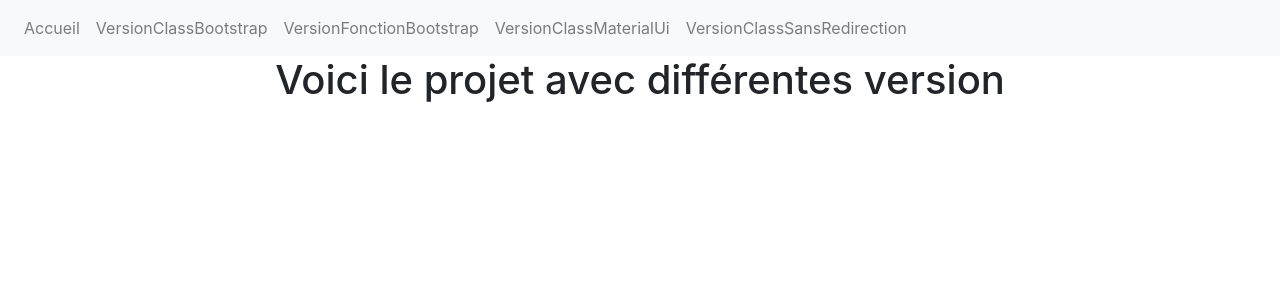
Repository: LudovicB21/CountryTest
Page: /
The author's editor kept a copy of each file at every save. The page is drawn from the files as they stood at one save, then again after the next save.
The browser window is 1280 px wide. The pictures show the whole page.
The project was rebuilt for these pictures with package versions that can differ from the ones it lists, and the page was loaded fresh each time. Also part of the build but not shown: src/components/VersionClassBootstrap/ListPays.components.js, src/components/VersionClassMaterialUi/ListPays.components.js, src/components/VersionFonctionBoostrap/ListPays.components.js, src/components/VersionSansRedirection/ListPays.component.js, src/components/VersionClassBootstrap/InfoPays.components.js, src/components/VersionClassMaterialUi/InfoPays.components.js, src/components/VersionFonctionBoostrap/InfoPays.components.js.

Above is the page before, as saved 2020-10-29 12:10:49.

After the next save:
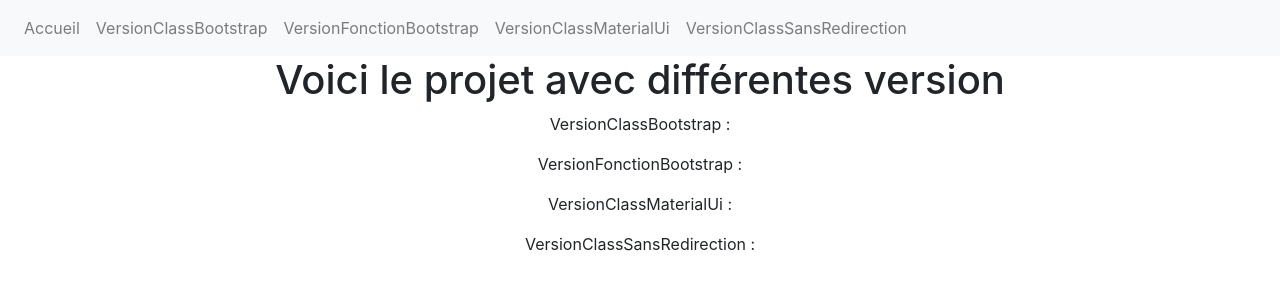
Saved 83 s later.
--- a/src/components/Accueil.js
+++ b/src/components/Accueil.js
@@ -5,6 +5,12 @@ class Accueil extends Component {
         return (
             <div className="container">
                 <h1> Voici le projet avec différentes version  </h1>
+                <div>
+                    <p> VersionClassBootstrap :</p>
+                    <p> VersionFonctionBootstrap :</p>
+                    <p> VersionClassMaterialUi :</p>
+                    <p> VersionClassSansRedirection :</p>
+                </div>
             </div>
         )
     }
